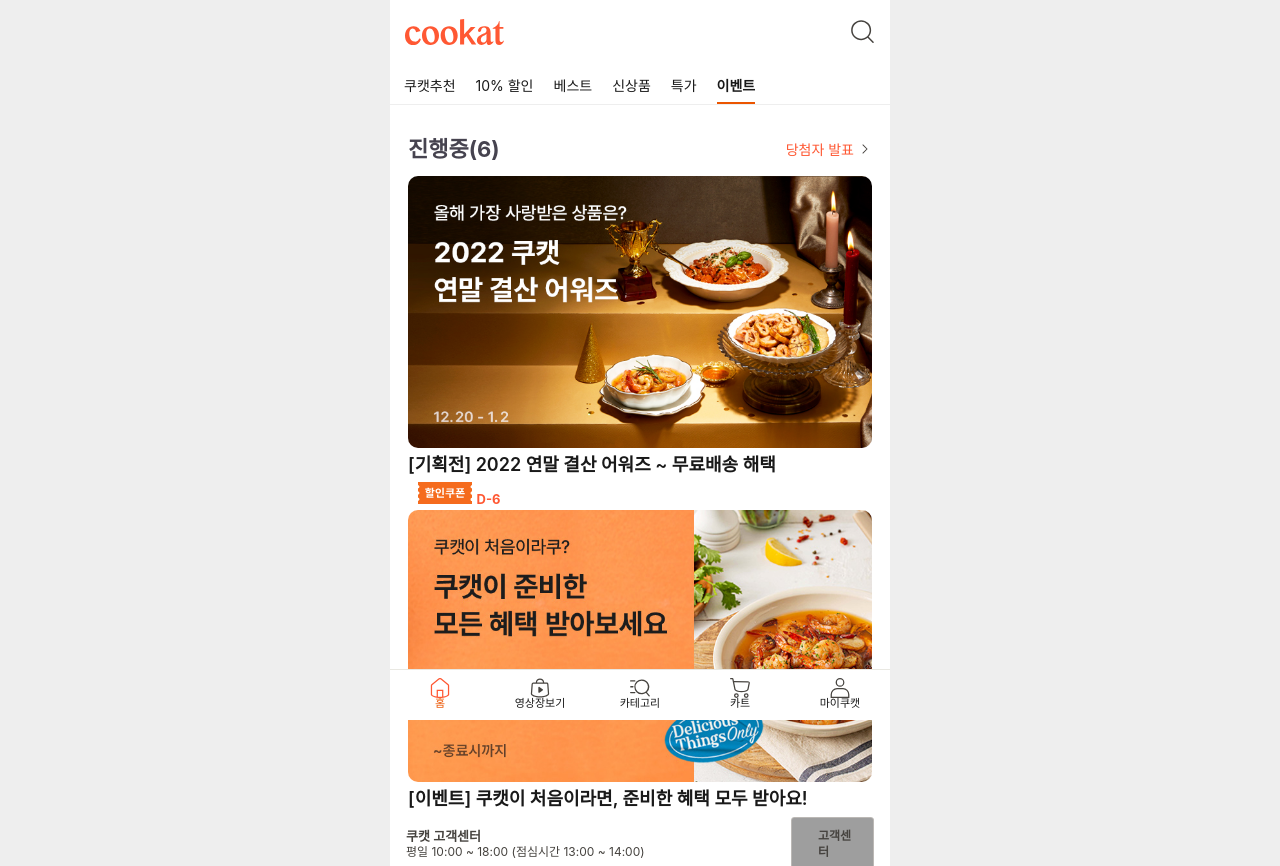
Repository: CooKat/Cookat
Page: event.html
These files come from the project's save history. The page is drawn as it stood at one moment and after the next save; the edit follows.
The browser window is 1280 px wide. The pictures show the part of the page from y = 0 to 866 px (the page is 1661 px tall before and 1655 px after).
Pictures or frames that could not be fetched are drawn as grey boxes. A picture or video elsewhere on the page could not be fetched, so the positions and the page height are approximate. Some web fonts or font styles are not loaded; a fallback is used.

Above is the page before, as saved 2022-12-27 21:02:49.
Not found: js/ex1.js

After the next save:
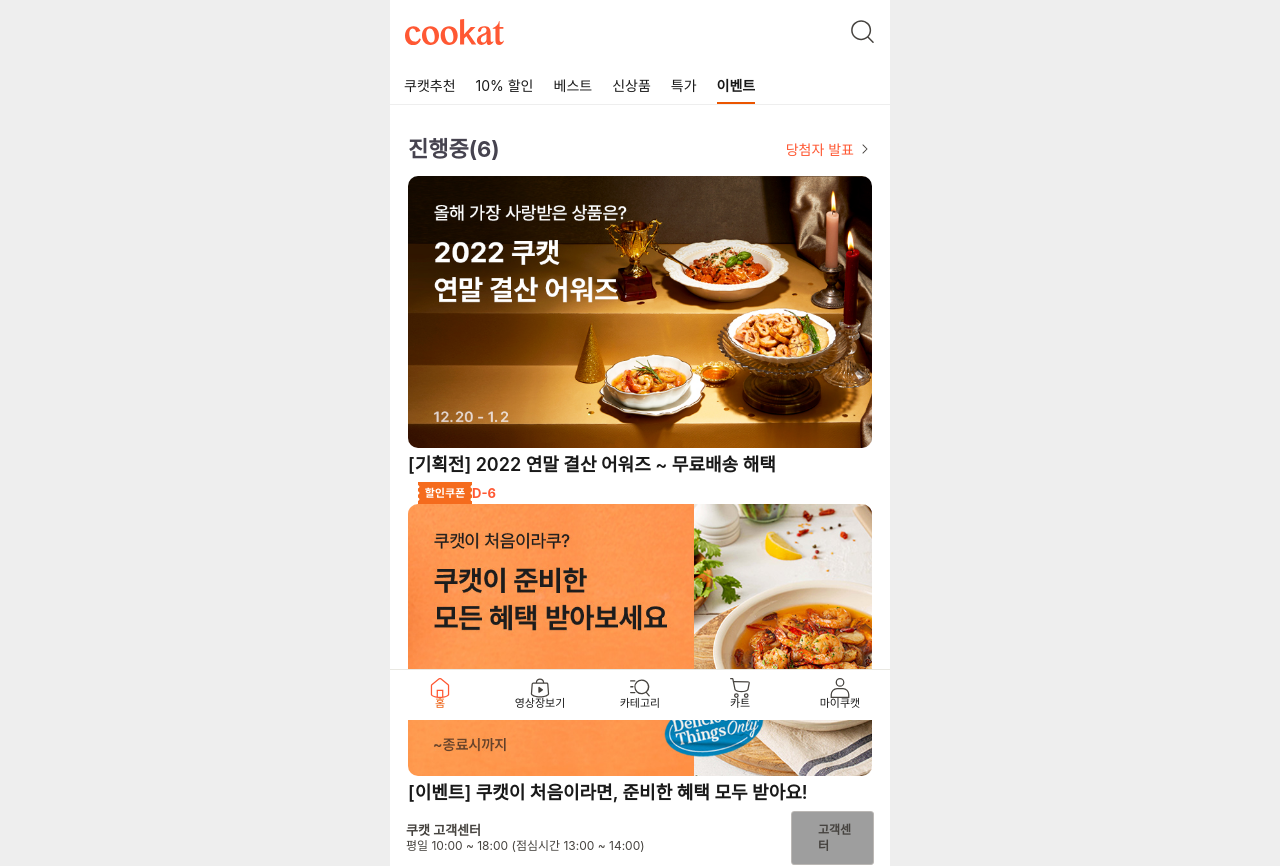
Saved 16 s later.
--- a/css/event.css
+++ b/css/event.css
@@ -53,7 +53,8 @@
 
 .coupon-day{
   margin-top:var(--spacing-xxs);
-  align-items: center;
+  display: flex;
+  flex-flow: row nowrap;
 }
 
 .item-list-item svg{
